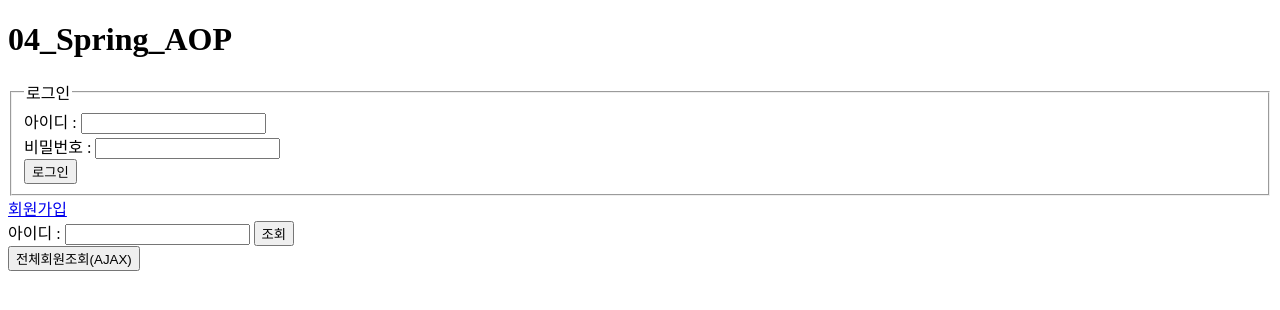
Repository: ParkHyeonju12/Spring
Page: http://localhost/04_Spring_AOP/
An editor plug-in stored every save of this project. The page is shown before and after the next save, followed by the edit.
The browser window is 1280 px wide. The pictures show the whole page.
The page is served by Tomcat 9. Other server files are loaded and not shown.

Above is the page before, as saved 2022-10-12 07:46:05.

### 04_Spring_AOP/src/main/webapp/index.jsp
<%@ page language="java" contentType="text/html; charset=UTF-8"
    pageEncoding="UTF-8"%>
    <%@ taglib uri="http://java.sun.com/jsp/jstl/core" prefix="c" %>
<!DOCTYPE html>
<html>
<head>
<meta charset="UTF-8">
<title>Insert title here</title>
<script src="https://code.jquery.com/jquery-3.6.1.js"></script>
</head>
<body>
	<h1>04_Spring_AOP</h1>
	<c:choose>
		<c:when test="${empty sessionScope.m }">
			<form action="/login.do" method="post">
				<fieldset>
					<legend>로그인</legend>
					아이디 : <input type="text" name="memberId"><br>
					비밀번호 : <input type="password" name="memberPw"><br>
					<input type="submit" value="로그인">
				</fieldset>
			</form>
			<a href="/joinFrm.do">회원가입</a>
			<form action="/searchMemberId.do">
				아이디 : <input type="text" name="memberId">
				<input type="submit" value="조회">
			</form>
		</c:when>
		<c:otherwise>
			<h2>[${sessionScope.m.memberName }]님 환영합니다.</h2>
			<h3><a href="/boardList.do?reqPage=1">게시판</a></h3>
			<h3><a href="/selectAllMember.do">전체회원조회</a></h3>
			<h3><a href="/logout.do">로그아웃</a></h3>
			<h3><a href="/mypage.do">마이페이지</a></h3>
			<h3><a href="/deleteMember.do?memberId=${sessionScope.m.memberId }">회원탈퇴</a></h3>
			<form action="/searchMemberName.do">
				이름 : <input type="text" name="memberName">
				<input type="submit" value="조회">
			</form>
			<form action="/searchMember1.do" method="post">
				<select name="type">
					<option value="id">아이디</option>
					<option value="name">이름</option>
				</select>
				<input type="text" name="keyword">
				<input type="submit" value="검색">
			</form>
			<hr>
			<h3>아이디 or 이름으로 검색</h3>
			<p>
			아이디만 입력하고 검색하는 경우 아이디로 조회,
			이름만 입력하고 검색하는 경우 이름으로 조회,
			둘 다 입력하고 검색하는 경우 두개 and로 조회
			<form action="/searchMember2.do">
				아이디 : <input type="text" name="memberId">
				이름 : <input type="text" name="memberName">
				<input type="submit" value="검색">
			</form>
			<h3><a href="/idList.do">전체회원 아이디 목록</a></h3>
			<h3><a href="/searchMember4.do">회원조회4</a></h3>
		</c:otherwise>
	</c:choose>
	<button id="allMemberAjax">전체회원조회(AJAX)</button>
	<div id="ajaxResult"></div>

	<script>
		$("#allMemberAjax").on("click",function(){
			$.ajax({
				url: "/ajaxAllMember.do",
				success : function(data){
					console.log(data);
					const table = $("<table>");
					const titleTr = $("<tr>");
					titleTr.html("<th>번호</th><th>아이디</th><th>이름</th>");
					table.append(titleTr);
					for(let i=0;i<data.length;i++){
						const tr = $("<tr>");
						tr.append("<td>"+data[i].memberNo+"</td>");
						tr.append("<td>"+data[i].memberId+"</td>");
						tr.append("<td>"+data[i].memberName+"</td>");
						tr.append("<td>"+data[i].phone+"</td>");
						table.append(tr);
					}
					$("#ajaxResult").html(table);
				}
			});
		});
	</script>
</body>
</html>

After the next save:
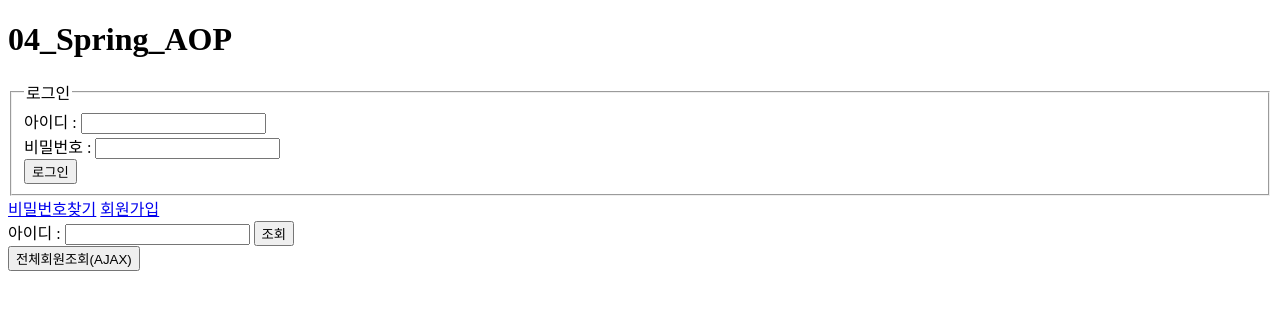
Saved 58 s later.
--- a/04_Spring_AOP/src/main/webapp/index.jsp
+++ b/04_Spring_AOP/src/main/webapp/index.jsp
@@ -20,6 +20,7 @@
 					<input type="submit" value="로그인">
 				</fieldset>
 			</form>
+			<a href="/searchPwFrm.do">비밀번호찾기</a>
 			<a href="/joinFrm.do">회원가입</a>
 			<form action="/searchMemberId.do">
 				아이디 : <input type="text" name="memberId">
